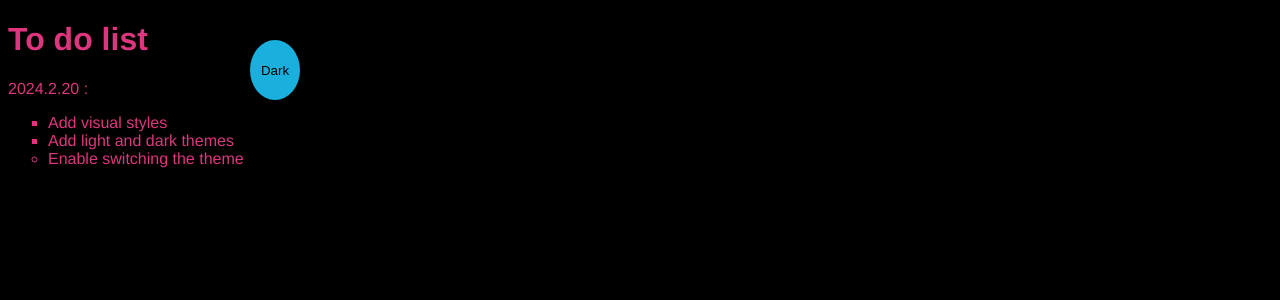
Repository: MaggieMengXingchen/Class-4
Page: index.html
The author's editor kept a copy of each file at every save. The page is drawn from the files as they stood at one save, then again after a run of saves.
The browser window is 1280 px wide. The pictures show the whole page.

Above is the page before, as saved 2024-02-20 15:16:50.

After the next 2 saves:
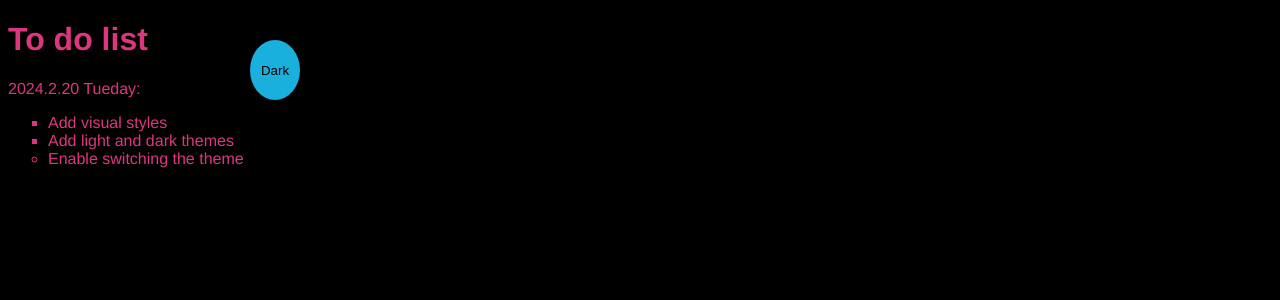
The 2 saves are shown as one change because they came seconds apart.
The last was saved 18 s later.
--- a/index.html
+++ b/index.html
@@ -9,7 +9,7 @@
 </head>
 <body class="dark-theme"><!-- 使用class属性应用暗色主题的样式，通过改变class值可以切换主题 -->
     <h1>To do list</h1> <!-- 页面的主标题 -->
-    <p id="msg">2024.2.20 :</p> <!-- 段落标签，定义了一个文本区域 -->
+    <p id="msg">2024.2.20 Tueday:</p> <!-- 段落标签，定义了一个文本区域 -->
     <ul> <!-- 定义一个无序列表 -->
         <li class="list">Add visual styles</li> <!-- 列表项，应用了class="list"的样式，显示为方形项目符号 -->
         <li class="list">Add light and dark themes</li> <!-- 同上 -->
